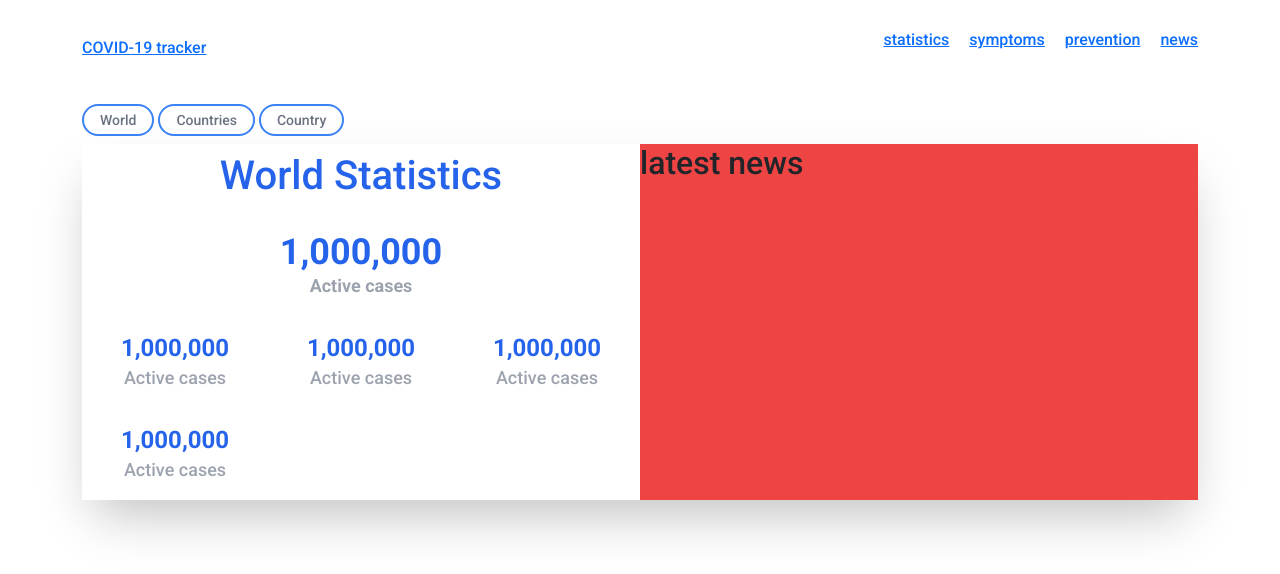
Repository: latenightsnacc/covid-19tracker
Page: design/index.html
These files come from the project's save history. The page is drawn as it stood at one moment and after the next save; the edit follows.
The browser window is 1280 px wide. The pictures show the whole page.
Some web libraries are served in a nearby version.

Above is the page before, as saved 2021-07-22 16:42:53.

### design/index.html
<!DOCTYPE html>
<html lang="en">
<head>
    <meta charset="UTF-8">
    <meta http-equiv="X-UA-Compatible" content="IE=edge">
    <meta name="viewport" content="width=device-width, initial-scale=1.0">
    <!--Tailwind Css-->
    <link href="https://unpkg.com/tailwindcss@^2/dist/tailwind.min.css" rel="stylesheet">
    <!--Bootstrap CSS-->
    <link href="https://cdn.jsdelivr.net/npm/bootstrap@5.0.0-beta3/dist/css/bootstrap.min.css" rel="stylesheet" integrity="sha384-eOJMYsd53ii+scO/bJGFsiCZc+5NDVN2yr8+0RDqr0Ql0h+rP48ckxlpbzKgwra6" crossorigin="anonymous">
    <!--Font Awesome 5 CDN-->
    <link href="https://cdnjs.cloudflare.com/ajax/libs/font-awesome/5.13.0/css/all.min.css" rel="stylesheet">
    <!--Roboto: Google Font-->
    <link rel="preconnect" href="https://fonts.googleapis.com">
<link rel="preconnect" href="https://fonts.gstatic.com" crossorigin>
<link href="https://fonts.googleapis.com/css2?family=Roboto:wght@300;500;700&display=swap" rel="stylesheet">
    <title>COVID-19 Tracker</title>
    <style>
        * {
            font-family: 'Roboto', sans-serif;
        }
        #coco {

            fill: rgb(1, 1, 58);
            stroke: rgb(95, 4, 80);
            stroke-width: 5px;
            animation: virus-spin infinite 20s linear;

        }

        @keyframes virus-spin {
            from {
                /* transform: rotate(0deg); */
                transform: rotateZ(0deg);
            }
            to {
                transform: rotateZ(-360deg);
            }
        }

    </style>
</head>
<body>
    <main class="m-auto">
        <!--Navigation Component-->
        <div class="container">
            <nav class="flex justify-between w-100 items-center h-24">
                <a href="index.html">
                    <div>COVID-19 tracker</div>
                </a>
                <ul class="flex">
                    <li>
                        <a href="">statistics</a>
                    </li>
                    <li class="ml-5">
                        <a href="">symptoms</a>
                    </li>
                    <li class="ml-5">
                        <a href="">prevention</a>
                    </li>
                    <li class="ml-5">
                        <a href="">news</a>
                    </li>
                </ul>
            </nav>
        </div>

        <div class="container">
            <div class="tags py-2">
                <button class="border-2 border-blue-500 px-3 py-1 rounded-2xl text-gray-500 hover:bg-blue-500 hover:text-white text-mute text-sm capitalize">world</button>
                <button class="border-2 border-blue-500 px-3 py-1 rounded-2xl text-gray-500 hover:bg-blue-500 hover:text-white text-mute text-sm capitalize">countries</button>
                <button class="border-2 border-blue-500 px-3 py-1 rounded-2xl text-gray-500 hover:bg-blue-500 hover:text-white text-mute text-sm capitalize">country</button>
            </div>
            <div class="flex flex-col md:flex-row  shadow-2xl">

                <div class="w-100 md:w-1/2 ">
                    <h1 class="text-blue-600 text-center py-2">World Statistics</h1>
                    <div class="stats">
                        <div class="w-56 flex flex-col items-center justify-center p-3 m-auto">
                            <span class="text-4xl text-blue-600 font-bold">1,000,000</span>
                            <span class="text-lg text-gray-400 font-bold">Active cases</span>
                        </div>
                        <div class="grid grid-rows-auto grid-cols-3">
                            <div class="flex flex-col items-center justify-center p-3">
                                <span class="text-2xl text-blue-600 font-bold">1,000,000</span>
                                <span class="text-lg text-gray-400 font-semi">Active cases</span>
                            </div>
                            <div class="flex flex-col items-center justify-center p-3">
                                <span class="text-2xl text-blue-600 font-bold">1,000,000</span>
                                <span class="text-lg text-gray-400 font-semi">Active cases</span>
                            </div>
                            <div class="flex flex-col items-center justify-center p-3">
                                <span class="text-2xl text-blue-600 font-bold">1,000,000</span>
                                <span class="text-lg text-gray-400 font-semi">Active cases</span>
                            </div>
                            <div class="flex flex-col items-center justify-center p-3">
                                <span class="text-2xl text-blue-600 font-bold">1,000,000</span>
                                <span class="text-lg text-gray-400 font-semi">Active cases</span>
                            </div>
                        </div>

                    </div>

                </div>
                <div class="w-100 md:w-1/2 bg-red-500"">
                    <h2>latest news</h2>

                </div>

            </div>
        </div>
    </main>
</body>
</html>

After the next save:
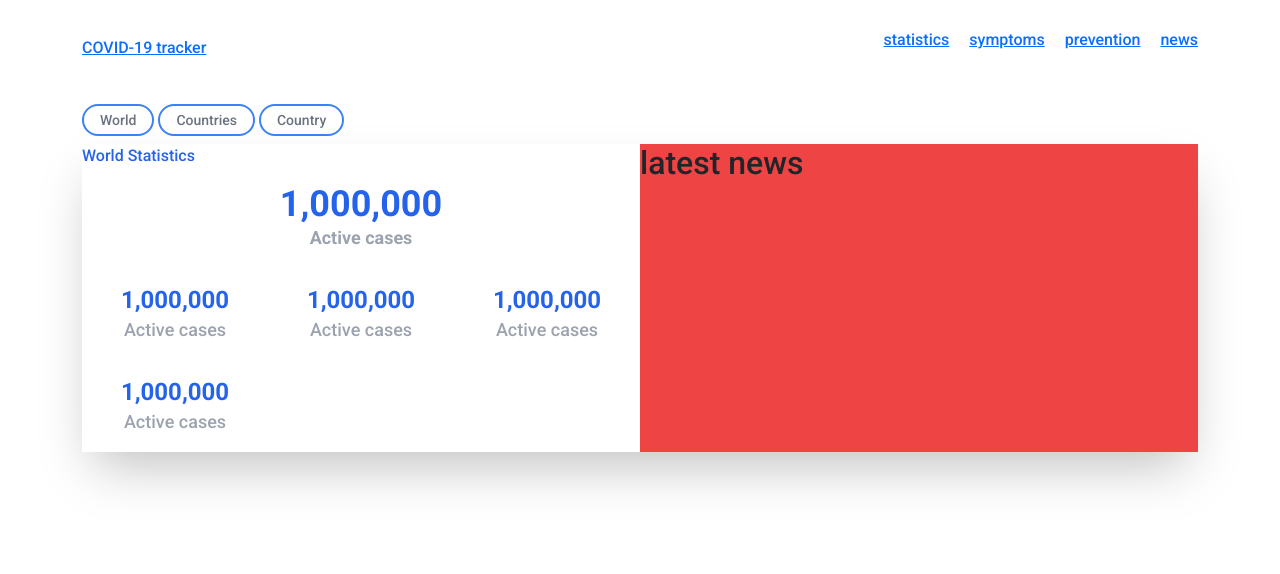
Saved 42 s later.
--- a/design/index.html
+++ b/design/index.html
@@ -74,7 +74,7 @@
             <div class="flex flex-col md:flex-row  shadow-2xl">
 
                 <div class="w-100 md:w-1/2 ">
-                    <h1 class="text-blue-600 text-center py-2">World Statistics</h1>
+                    <span class="text-blue-600 text-center py-2">World Statistics</span>
                     <div class="stats">
                         <div class="w-56 flex flex-col items-center justify-center p-3 m-auto">
                             <span class="text-4xl text-blue-600 font-bold">1,000,000</span>
